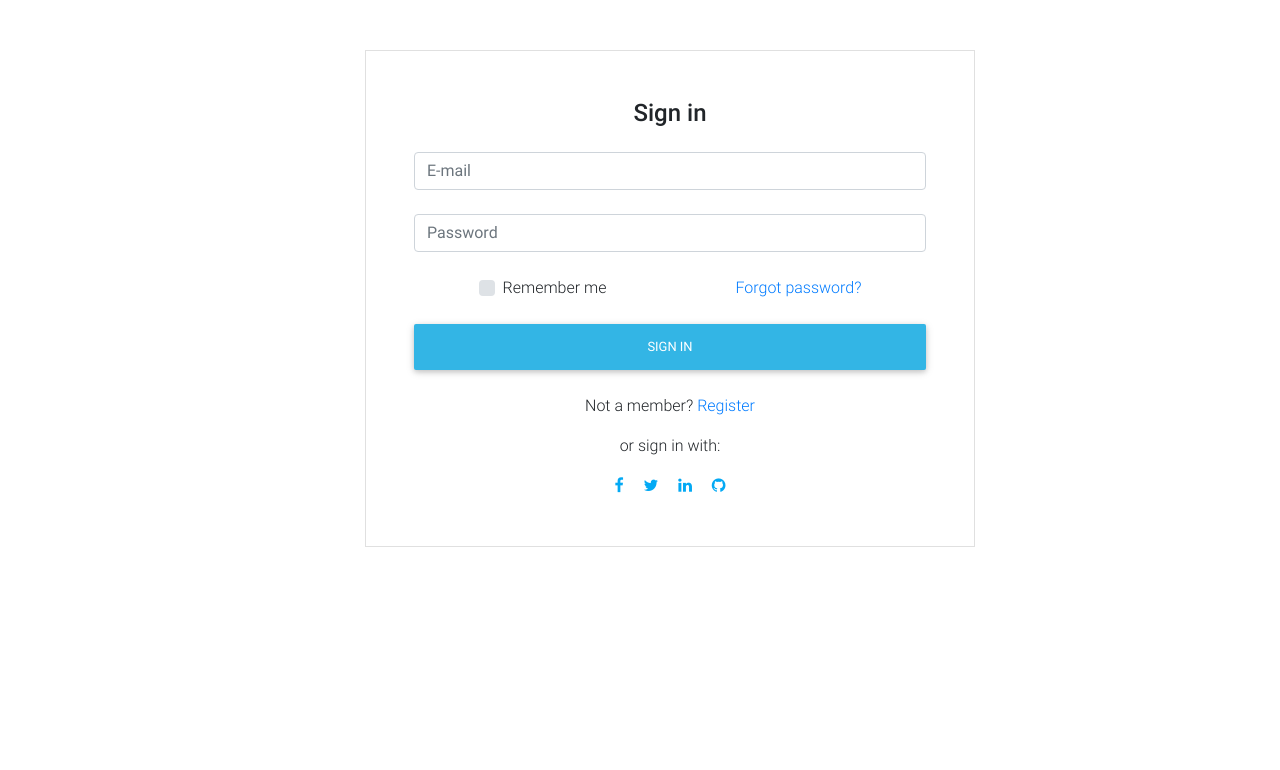
Repository: KJSCEhack/KJSCE_Vanquishers
Page: login_page.html
The author's editor kept a copy of each file at every save. The page is drawn from the files as they stood at one save, then again after the next save.
The browser window is 1280 px wide. The pictures show the whole page.

Above is the page before, as saved 2018-10-06 04:07:30.

### login_page.html

<!DOCTYPE HTML>
<html>

<head>
    <!-- Font Awesome -->
    <link rel="stylesheet" href="https://maxcdn.bootstrapcdn.com/font-awesome/4.7.0/css/font-awesome.min.css">
    <!-- Bootstrap core CSS -->
    <link href="css/bootstrap.min.css" rel="stylesheet">
    <!-- Material Design Bootstrap -->
    <link href="css/mdb.min.css" rel="stylesheet">
    <!-- Your custom styles (optional) -->
    <link href="css/style.min.css" rel="stylesheet">
</head>
<body>
    <div class="col-md-6" style="margin-left:350px; margin-top:50px";>
    <!-- Default form login -->
<form class="text-center border border-light p-5">

    <p class="h4 mb-4">Sign in</p>

    <!-- Email -->
    <input type="email" id="defaultLoginFormEmail" class="form-control mb-4" placeholder="E-mail">

    <!-- Password -->
    <input type="password" id="defaultLoginFormPassword" class="form-control mb-4" placeholder="Password">

    <div class="d-flex justify-content-around">
        <div>
            <!-- Remember me -->
            <div class="custom-control custom-checkbox">
                <input type="checkbox" class="custom-control-input" id="defaultLoginFormRemember">
                <label class="custom-control-label" for="defaultLoginFormRemember">Remember me</label>
            </div>
        </div>
        <div>
            <!-- Forgot password -->
            <a href="">Forgot password?</a>
        </div>
    </div>

    <!-- Sign in button -->
    <button class="btn btn-info btn-block my-4" type="submit">Sign in</button>

    <!-- Register -->
    <p>Not a member?
        <a href="">Register</a>
    </p>

    <!-- Social login -->
    <p>or sign in with:</p>

    <a type="button" class="light-blue-text mx-2">
        <i class="fa fa-facebook"></i>
    </a>
    <a type="button" class="light-blue-text mx-2">
        <i class="fa fa-twitter"></i>
    </a>
    <a type="button" class="light-blue-text mx-2">
        <i class="fa fa-linkedin"></i>
    </a>
    <a type="button" class="light-blue-text mx-2">
        <i class="fa fa-github"></i>
    </a>

</form>
</div>
<!-- Default form login -->
</body>
</html>

Loaded but not shown: css/bootstrap.min.css (library); css/mdb.min.css (library); css/style.min.css (common file)

After the next save:
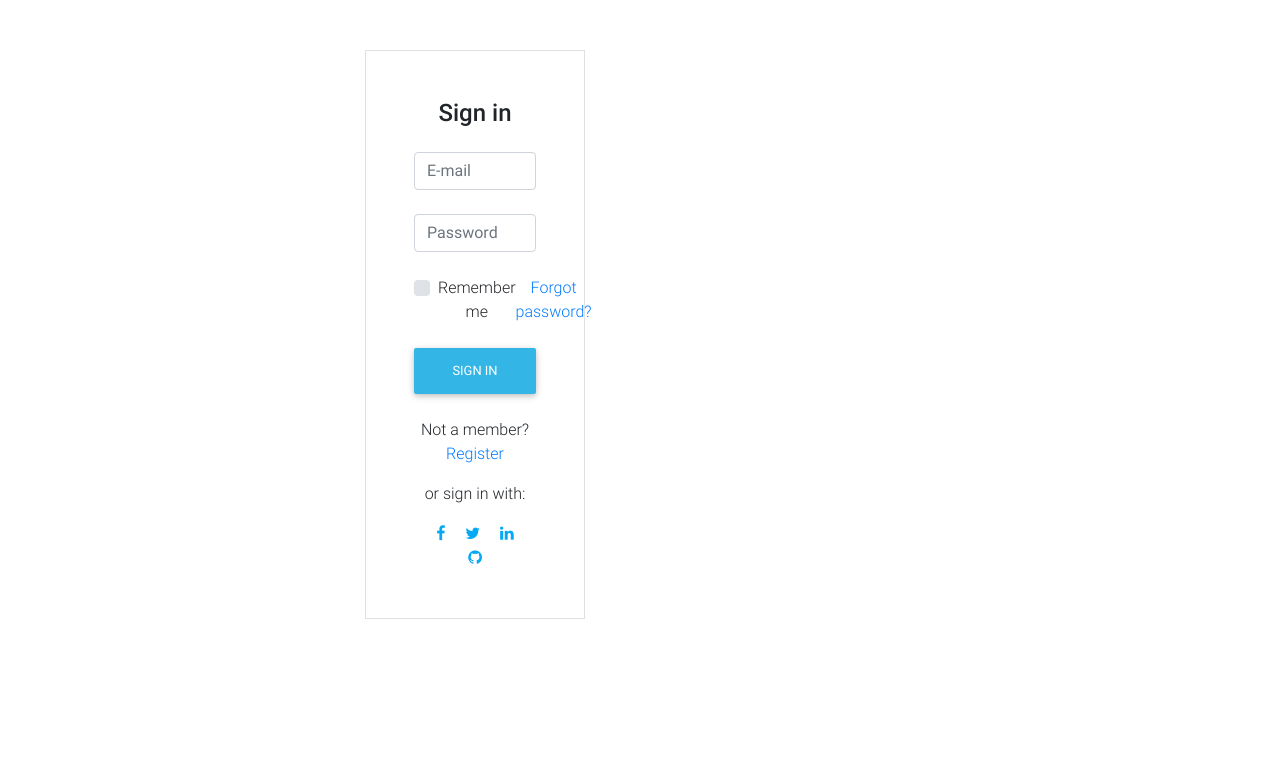
Saved 4 min 2 s later.
--- a/login_page.html
+++ b/login_page.html
@@ -13,7 +13,7 @@
     <link href="css/style.min.css" rel="stylesheet">
 </head>
 <body>
-    <div class="col-md-6" style="margin-left:350px; margin-top:50px";>
+    <div class="col-md-6" style="margin-left:350px; margin-top:50px; width:250px";>
     <!-- Default form login -->
 <form class="text-center border border-light p-5">
 
